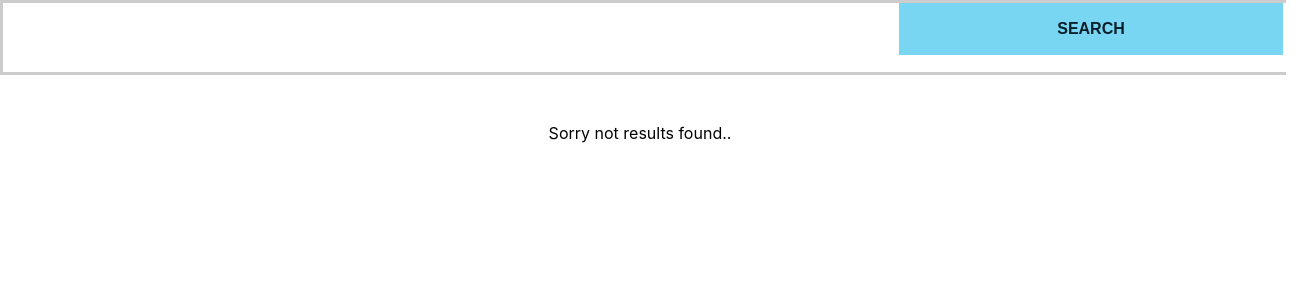
Repository: jijo78/movie-tvshows-list
Page: /
These files come from the project's save history. The page is drawn as it stood at one moment and after the next save; the edit follows.
The browser window is 1280 px wide. The page is 1315 px wide, so the pictures cover 1315 px, including what lies to the right of the window. The pictures show the whole page.
The page's requests for data from a server got no answer. The project was rebuilt for these pictures with package versions that can differ from the ones it lists, and the page was loaded fresh each time. No one was signed in, and anything a server would have sent is missing. Also part of the build but not shown: src/MediaRatio.tsx.

Above is the page before, as saved 2020-11-25 17:35:04.

### src/App.tsx
import React, { FC, useEffect, useState } from 'react'
import useSWR from 'swr'
import config from './config'
import QuickSearch from './QuickSearch'
import SearchResults from './SearchResults'

import styled from 'styled-components'
// import classNames from 'classnames'
// import debounce from 'lodash/debounce'
export const fontRootSize = 16

const pxToRem = (size: number) => `${size / fontRootSize}rem`
export const SCREEN_WIDTH_MIN = pxToRem(320)

export const SCREEN_WIDTH_MIN_2 = pxToRem(400)
interface Props {
  children: React.ReactChildren
}
const Container = styled('section')`
  display: flex;
  justify-content: center;
`

const getData = (url: string): Promise<any> => fetch(url).then((res) => res.json())

const StickyWrapper: FC<Props> = ({ children, ...rest }) => {
  const [shouldFetch, setShouldFetch] = useState(true)
  const [term, setTerm] = useState('a')
  const [append, setAppend] = useState('credits')

  const { data, error, isValidating } = useSWR(
    shouldFetch
      ? `https://api.themoviedb.org/3/search/multi?&api_key=${config.api}&query=${term}&include_adult=false&append_to_response=${append}`
      : null,
    getData,
    {
      shouldRetryOnError: false,
      revalidateOnFocus: false,
    }
  )

  useEffect(() => {
    if (data) {
      setShouldFetch(false)
    }
  }, [])

  return (
    <>
      <QuickSearch />
      <Container as="section">
        <SearchResults results={data} placeholder="Search a movie..." />
      </Container>
    </>
  )
}

export default StickyWrapper

### src/config.js
module.exports = {
    'api': '00827fd50b322764fdf4d571822a4a05'
};

### src/QuickSearch.tsx
import React, { FC } from 'react'

import styled from 'styled-components'

type Props = {
  onClick?: (e: React.MouseEvent<any>) => void
  onSubmit?: () => void
  placeholder?: string
}
/**
 * Card is a general purpose container for content.
 */
const Search = styled('section')`
  border: 3px solid #ccc;
  margin-bottom: 2rem;
  display: flex;

  width: 100%;
`

const SearchForm = styled('form')`
  position: relative;
  width: 100%;
  &fieldset {
    margin: 0;
    padding: 0;
    border: 0 none;
  }
  &.search__form--hidden {
    display: none;
  }
`
const SearchLegend = styled('legend')`
  display: none;
`

const SearchInput = styled('input')`
  position: relative;
  color: #ccc;
  width: 100%;
  text-align: center;
  padding: 1rem;
  font-size: 2rem;
  border: 0 none;
  &::placeholder {
    color: #ccc;
  }
`

const Button = styled('button')`
  width: 30%;
  border: none;
  border-color: #5c5c5c;
  cursor: pointer;
  position: absolute;
  top: 0;
  right: 0;
  display: inline-flex;
  color: #ffffff;
  background-color: rgb(13, 46, 61);
  padding: 1rem;
  text-align: center;
  text-decoration: none;
  vertical-align: middle;

  justify-content: center;
  text-transform: uppercase;

  font-size: 1rem;
  line-height: 1.25;

  letter-spacing: normal;
  font-weight: bold;
  background-color: #79d6f2;
  color: #091f29;
`

const QuickSearch: FC<Props> = ({ onSubmit, onClick, placeholder }) => {
  return (
    <Search>
      <SearchForm onSubmit={onSubmit}>
        <SearchLegend>Find a movie </SearchLegend>
        <SearchInput onClick={onClick} placeholder={placeholder} />
        <Button type="submit">Search</Button>
      </SearchForm>
    </Search>
  )
}

export default QuickSearch

### src/SearchResults.tsx
import React, { FC } from 'react'
import { formatDateUK } from './date'
import { Media16x9 } from './MediaRatio'
import styled from 'styled-components'

interface Props {
  results: { results: Array<any> }
}
const Cards = styled('ul')`
  display: grid;
  width: 80rem;
  grid-template-columns: repeat(auto-fit, minmax(320px, 1fr));
  grid-gap: 2rem;
  margin: 0;
  padding: 0;
`

const Card = styled('li')`
  min-height: 10rem;
  height: 100%;
  position: relative;
  background-color: #000;
  color: #fff;
  list-style-type: none;
`
/**
 * Contains an image or other media to be placed inside the card
 */
export const CardBody = styled('div')`
  position: relative;
  padding: 0.5rem;
`

/**
 * Content to be placed at the bottom of the card.
 */
export const CardFooter = styled('footer')`
  position: relative;
  padding: 0.5rem;
`
const SearchResults: FC<Props> = ({ results }) => {
  console.log('results: ', results)
  const base_url = 'https://image.tmdb.org/t/p/w780'
  const placeholder = 'http://via.placeholder.com/400x200'

  return results && results.results && results.results.length ? (
    <Cards>
      {results.results.map((result, i) => (
        <Card>
          <Media16x9>
            <img
              alt={result.original_name}
              src={
                result.poster_path !== null && result.poster_path !== undefined
                  ? `${base_url}${result.poster_path}`
                  : `${placeholder}`
              }
            />
          </Media16x9>
          <CardBody>
            <h3>{result.title || result.original_name}</h3>
            <p>{result.overview}</p>
          </CardBody>
          <CardFooter>
            <span className="card__rating">
              Rating: {isNaN(result.vote_average) ? 0 : Math.ceil(result.vote_average * 10)}%
            </span>
            <span className="card__release">Release date: {formatDateUK(result.release_date)}</span>
          </CardFooter>
        </Card>
      ))}
    </Cards>
  ) : (
    <p className="no-results">Sorry not results found..</p>
  )
}

export default SearchResults

### src/date.ts
import dayjs from 'dayjs'

export const formatDate = (d: string) => dayjs(d).format('D MMM YYYY')
export const formatDateUK = (d: string) => dayjs(d).format('DD MMM YYYY')
export const currentYear = () => dayjs().year()

Loaded but not shown: public/index.html (common file); src/index.js (common file); src/index.css (common file); src/reportWebVitals.js (common file)

After the next save:
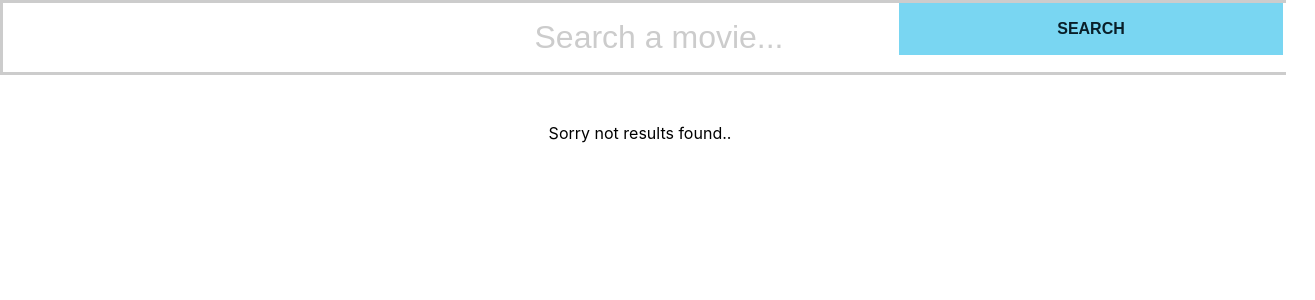
Saved 54 s later.
--- a/src/App.tsx
+++ b/src/App.tsx
@@ -47,9 +47,9 @@ const StickyWrapper: FC<Props> = ({ children, ...rest }) => {
 
   return (
     <>
-      <QuickSearch />
+      <QuickSearch placeholder="Search a movie..." />
       <Container as="section">
-        <SearchResults results={data} placeholder="Search a movie..." />
+        <SearchResults results={data} />
       </Container>
     </>
   )
